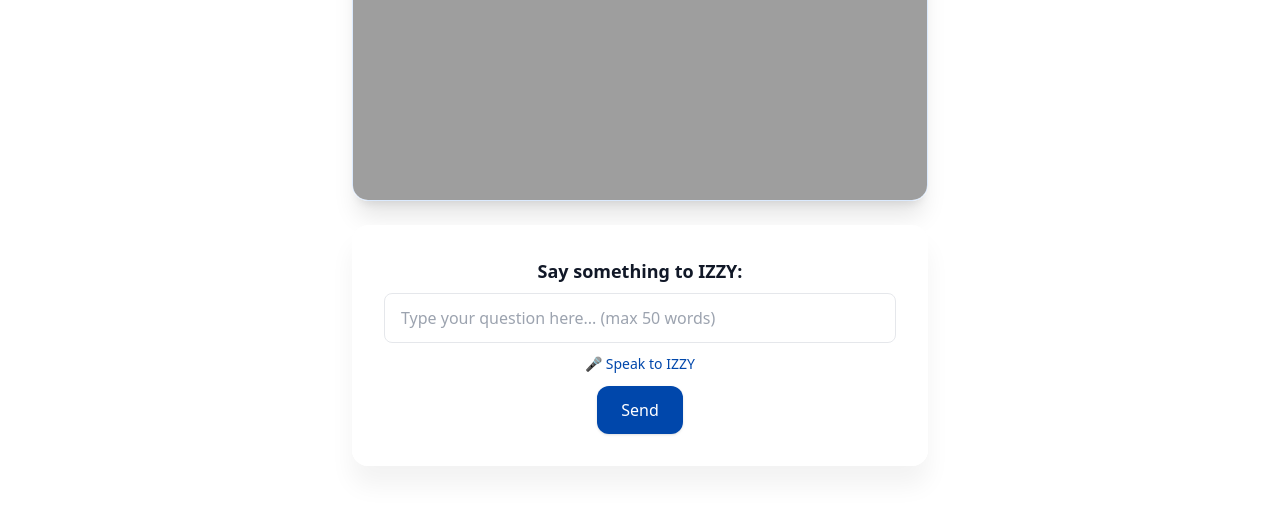
Repository: AvivGranot/IZZY
Page: public/index.html
The author's editor kept a copy of each file at every save. The page is drawn from the files as they stood at one save, then again after the next save.
The browser window is 1280 px wide. The pictures show the part of the page from y = 587 to 1539 px (the page is 1117 px tall before and 1539 px after).
Pictures or frames that could not be fetched are drawn as grey boxes. Some web libraries are served in a nearby version.

Above is the page before, as saved 2025-04-10 09:48:22.

After the next save:
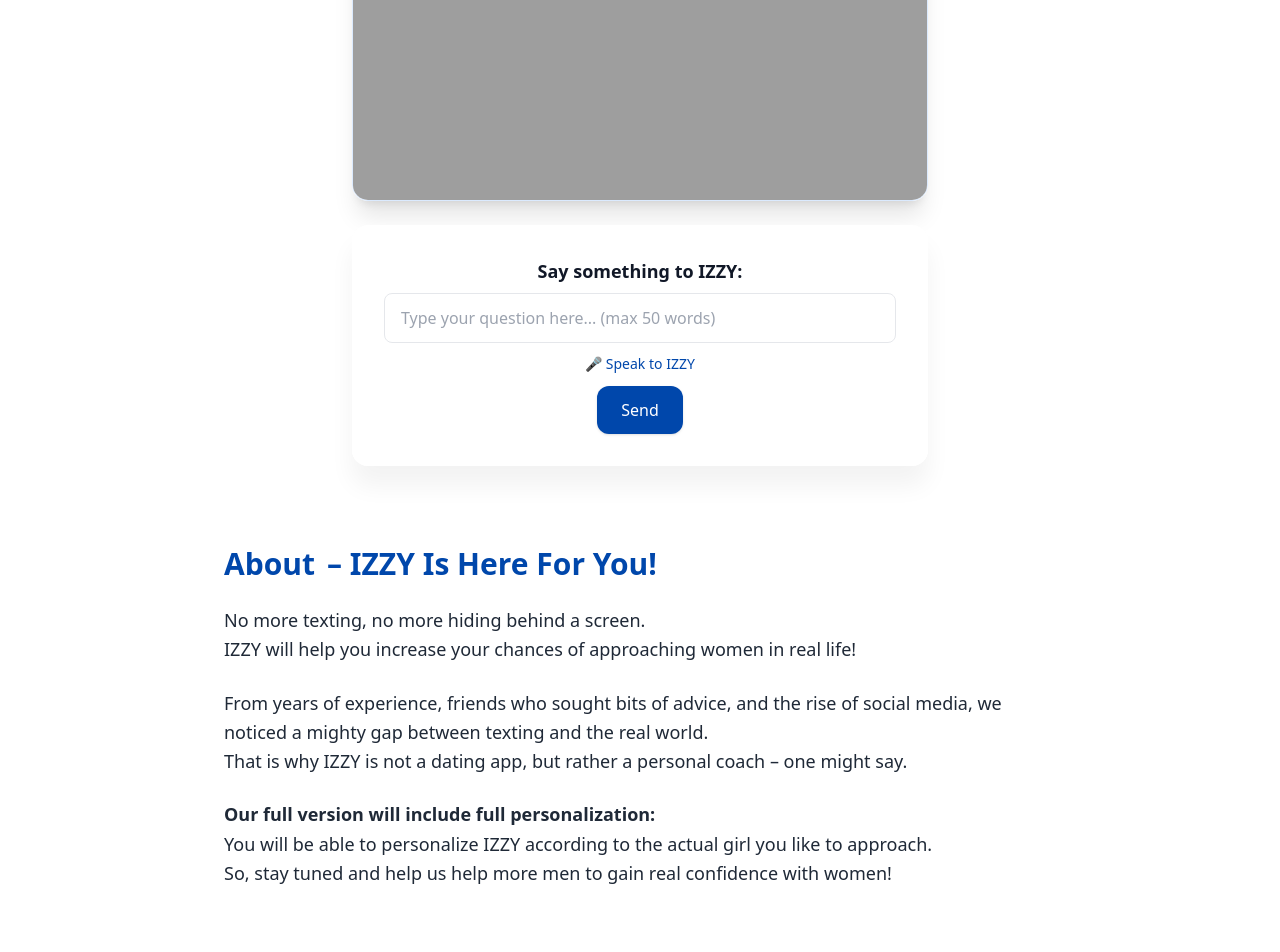
Saved 13 min 46 s later.
--- a/public/index.html
+++ b/public/index.html
@@ -70,7 +70,7 @@
             <p class="font-bold">Share with one friend</p>
             <p>Get 5 free prompts</p>
           </div>
-          <div class="p-4 border rounded-lg border-2 border-[#0047AB]">
+          <div class="p-4 border-2 border-[#0047AB] rounded-lg">
             <p class="font-bold">Share with two friends</p>
             <p>Get 15 free prompts</p>
           </div>
@@ -96,6 +96,27 @@
         <a href="subscribe.html" class="bg-[#0047AB] text-white px-6 py-2 rounded-lg hover:bg-blue-800 transition">Subscribe Now</a>
         <button onclick="closeModal()" class="block mt-4 text-sm text-gray-500 hover:underline">Close</button>
       </div>
+    </div>
+
+    <!-- About Section -->
+    <div id="about" class="max-w-4xl mt-20 px-8 text-left text-gray-800">
+      <h2 class="text-3xl font-bold text-[#0047AB] flex items-center gap-3">
+        <span>About</span>
+        <span class="text-[#0047AB]">– IZZY Is Here For You!</span>
+      </h2>
+      <p class="mt-6 text-lg leading-relaxed">
+        No more texting, no more hiding behind a screen.<br>
+        IZZY will help you increase your chances of approaching women in real life!
+      </p>
+      <p class="mt-6 text-lg leading-relaxed">
+        From years of experience, friends who sought bits of advice, and the rise of social media, we noticed a mighty gap between texting and the real world.<br>
+        That is why IZZY is not a dating app, but rather a personal coach – one might say.
+      </p>
+      <p class="mt-6 text-lg leading-relaxed">
+        <strong>Our full version will include full personalization:</strong><br>
+        You will be able to personalize IZZY according to the actual girl you like to approach.<br>
+        So, stay tuned and help us help more men to gain real confidence with women!
+      </p>
     </div>
 
   </div>
